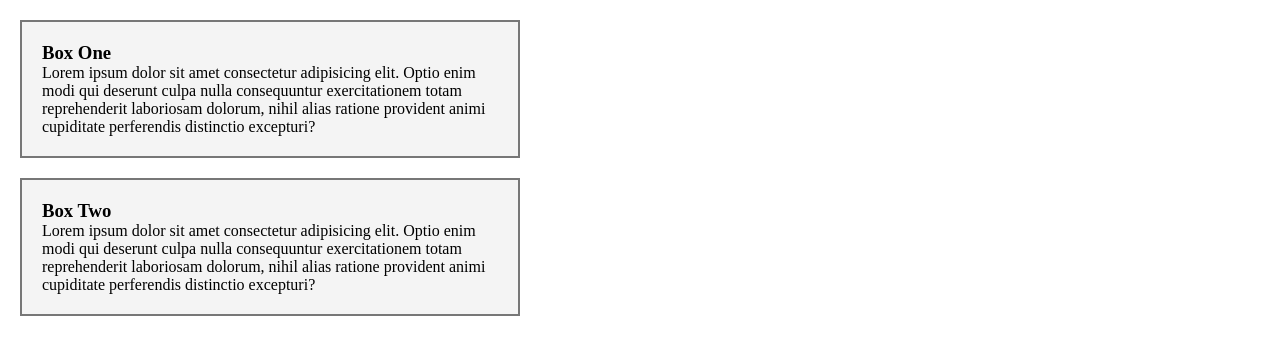
Repository: andiausrust/css-traversy
Page: box_model_margin_padding/index.html
These files come from the project's save history. The page is drawn as it stood at one moment and after the next save; the edit follows.
The browser window is 1280 px wide. The pictures show the whole page.

Above is the page before, as saved 2020-08-19 20:58:36.

### box_model_margin_padding/index.html
<!DOCTYPE html>
<html lang="en">
    <head>
        <meta charset="UTF-8" />
        <meta name="viewport" content="width=device-width, initial-scale=1.0" />
        <link rel="stylesheet" href="./css/style.css" />
        <title>Box Model | Margin & Padding</title>
    </head>
    <body>
        <div class="box">
            <h3>Box One</h3>
            <p>
                Lorem ipsum dolor sit amet consectetur adipisicing elit. Optio
                enim modi qui deserunt culpa nulla consequuntur exercitationem
                totam reprehenderit laboriosam dolorum, nihil alias ratione
                provident animi cupiditate perferendis distinctio excepturi?
            </p>
        </div>
        <div class="box">
            <h3>Box Two</h3>
            <p>
                Lorem ipsum dolor sit amet consectetur adipisicing elit. Optio
                enim modi qui deserunt culpa nulla consequuntur exercitationem
                totam reprehenderit laboriosam dolorum, nihil alias ratione
                provident animi cupiditate perferendis distinctio excepturi?
            </p>
        </div>
    </body>
</html>

### box_model_margin_padding/css/style.css
* {
    margin: 0;
    padding: 0;
    box-sizing: border-box;
}

.box {
    background: #f4f4f4;
    border: 2px #777 solid;
    width: 500px;
    padding: 20px;
    margin: 20px;
}

After the next save:
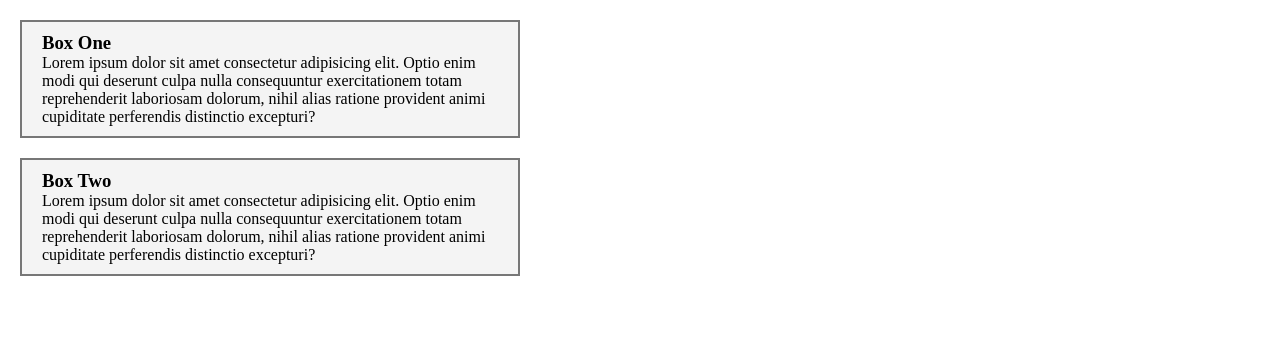
Saved 100 s later.
--- a/box_model_margin_padding/css/style.css
+++ b/box_model_margin_padding/css/style.css
@@ -9,5 +9,9 @@
     border: 2px #777 solid;
     width: 500px;
     padding: 20px;
+    padding-top: 10px;
+    padding-right: 20px;
+    padding-bottom: 10px;
+    padding-left: 20px;
     margin: 20px;
 }
